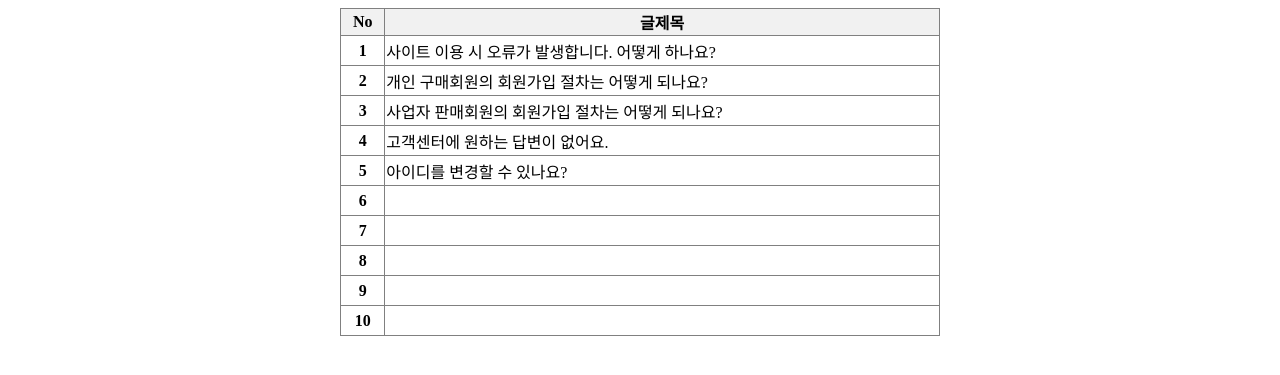
Repository: fellownew/project_workspace
Page: http://localhost/shoppingmall/WEB-INF/view/body/center/center_list.jsp
An editor plug-in stored every save of this project. The page is shown before and after the next save, followed by the edit.
The browser window is 1280 px wide. The pictures show the whole page.
The page is served by Tomcat 9. Nobody is signed in. Other server files are loaded and not shown. The template is opened directly, without the code that normally fills it, so the values that code supplies are empty.

Above is the page before, as saved 2015-06-16 05:55:58.

### shoppingmall/WebContent/WEB-INF/view/body/center/center_list.jsp
<%@ page contentType="text/html;charset=UTF-8"%>
<%@ taglib prefix="c" uri="http://java.sun.com/jsp/jstl/core" %>
<%@ taglib prefix="fn" uri="http://java.sun.com/jsp/jstl/functions" %>
<!DOCTYPE html>
<meta charset="UTF-8">
<style type="text/css">
.explain{
	display: none;

}

.explain pre{
	text-align: left;
	padding-left: 20px;
}

pre {
  word-wrap: break-word;
  white-space: -moz-pre-wrap;
  white-space: pre-wrap;
}

#tbody tr{
	height: 30px;
}

</style>
<script type="text/javascript" src="<%=request.getContextPath()%>/script/jquery.js"></script>
<script type="text/javascript">

$(document).ready(function(){
	$("tbody tr").on("click",function(){

		var count = 0;
		var tr_id = "#"+$(this).attr("id")+"_ex";
		if($(this).attr("value")==1){
				$(tr_id).show();
				$(this).attr({value:2});
		}else{
				$(tr_id).hide();
				$(this).attr({value:1});
		}

	});
	$("#tbody").on("mouseover","tr",function(){
		$("#tbody tr").css("background-color","white");
		$(this).css("background-color","#FFF1F1");
	});




});
</script>

<table style="width: 600px; table-layout:fixed; margin:0 auto;padding-top: 30px;padding-bottom: 30px;border-collapse: collapse;" border="1">
<colgroup>
				<col style="width: 8px;" />
				<col style="width: 100px;" />

</colgroup>
<tr style="background-color: #F1F1F1"><th>No</th><th>글제목</th></tr>
<tbody id="tbody">
	<tr id="1" value="1">
		<th>1</th>
		<td>
			사이트 이용 시 오류가 발생합니다. 어떻게 하나요?
		</td>
	</tr>
	<tr id="1_ex" class="explain">
		<td colspan="2" style="text-align: center;">
	<pre>
	사용 중인 PC의 문제 또는 네트워크연결, 서버 점검 등의 이유로
	일시적인 오류가 발생할 수 있습니다.

	자체적인 해결이 어렵다면 자세한 사유와 해결방안을 알아보실 수 있도록
	따옴몰 고객센터로 문의 주신다면 최선을 다해 상담해드리겠습니다.
	</pre>
		</td>
	</tr>
	<tr id="2" value="1">
	<th>2</th>
		<td>
			개인 구매회원의 회원가입 절차는 어떻게 되나요?
		</td>
	</tr>
	<tr id="2_ex" class="explain">
		<td colspan="2" style="text-align: center;">
	<pre >
	개인 구매회원 :
	1. id 정보 입력
		o id 중복확인
		o 비밀번호 입력/확인

	2. 개인정보 입력 :
		o 이름 입력
		o 주소 입력
		o 핸드폰번호 입력

	3. 인증정보 확인 :
		o 이메일 입력
		o 인증번호 확인
	</pre>
		</td>
	</tr>
	<tr id="3" value="1" >
		<th>3</th>
		<td>
			사업자 판매회원의 회원가입 절차는 어떻게 되나요?
		</td>
	</tr>
	<tr id="3_ex"  class="explain"><td colspan="2" style="text-align: center;">
<pre >
	사업자 판매회원 :
	1. id 정보 입력
		o id 중복확인
		o 비밀번호 입력/확인

	2. 개인정보 입력 :
		o 이름 입력
		o 성별 입력
		o 주소 입력
		o 핸드폰번호 입력

	3. 사업자 등록번호 :
		o 사업자 등록번호 입력

	4. 인증정보 확인 :
		o 이메일 입력
		o 인증번호 확인
	5. 승인 대기 :
		o 관리자 인증 대기
	6. 회원가입 완료 :
		o 회원가입
</pre>
	</td>
	</tr>
	<tr id="4" value="1">
		<th>4</th>
		<td>
			고객센터에 원하는 답변이 없어요.
		</td>
	</tr>
	<tr id="4_ex" class="explain">
		<td colspan="2" style="text-align: center;">
	<pre>
		관리자와의 1:1 문의는 쪽지를 이용하여 문의할 수 있습니다.
		'admin'으로 쪽지 문의해주세요.
	</pre>
		</td>
	</tr>
	<tr id="5" value="1" >
		<th>5</th>
		<td>
			아이디를 변경할 수 있나요?
		</td>
	<tr id="5_ex" class="explain">
		<td colspan="2" style="text-align: center;">
	<pre>
		네이버에서는 보안 및 시스템상의 이유로,
		이미 등록하신 개인 및 단체 아이디는 변경하실 수 없습니다.

		번거로우시더라도 새로운 아이디로 다시 가입해 주세요.
	</pre>
		</td>
	</tr>
	<tr id="6" value="1">
	<th>6</th>
	<td>
	<!-- 제목입력 -->
	</td>
	</tr>
	<tr id="6_ex" class="explain">
	<td colspan="2" style="text-align: center;">
	<pre>
	<!-- 내용 입력 -->
	</pre>
	</td>
	</tr>
	<tr id="7" value="1">
	<th>7</th>
	<td>
	<!-- 제목입력 -->
	</td>
	</tr>
	<tr id="7_ex" class="explain">
	<td colspan="2" style="text-align: center;">
	<pre>
	<!-- 내용 입력 -->
	</pre>
	</td>
	</tr>
	<tr id="8" value="1">
	<th>8</th>
	<td><!-- 제목입력 -->
	</td>
	</tr>
	<tr id="8_ex" class="explain">
	<td colspan="2" style="text-align: center;">
	<pre>
	<!-- 내용 입력 -->
	</pre>
	</td>
	</tr>
	<tr id="9" value="1"><th>9</th><td><!-- 제목입력 --></td></tr>
	<tr id="9_ex" class="explain"><td colspan="2" style="text-align: center;"><pre>
	<!-- 내용 입력 -->
	</pre></td>
	</tr>
	<tr id="10" value="1"><th>10</th><td><!-- 제목입력 --></td></tr>
	<tr id="10_ex" class="explain"><td colspan="2" style="text-align: center;"><pre>
	<!-- 내용 입력 -->
	</pre></td>
	</tr>
</tbody>
</table>

Loaded but not shown: shoppingmall/WebContent/script/jquery.js (library)

After the next save:
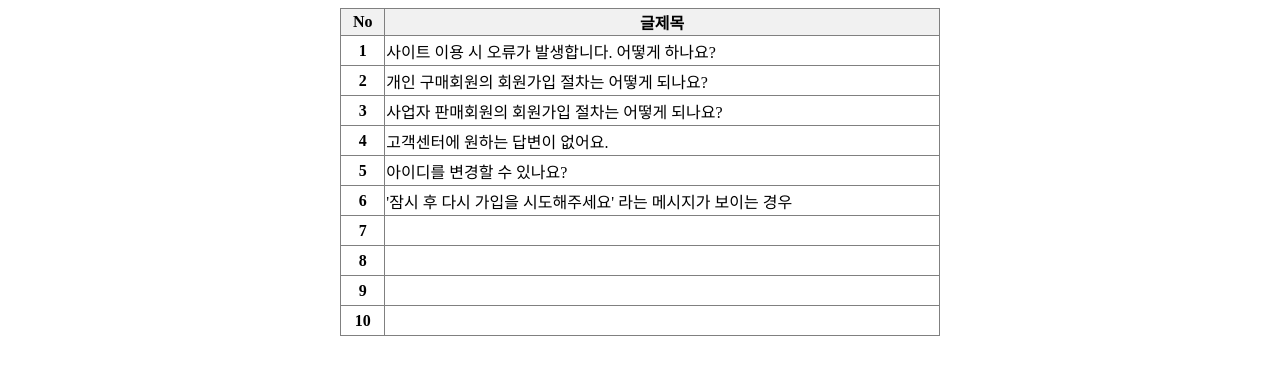
Saved 2 min 57 s later.
--- a/shoppingmall/WebContent/WEB-INF/view/body/center/center_list.jsp
+++ b/shoppingmall/WebContent/WEB-INF/view/body/center/center_list.jsp
@@ -167,7 +167,7 @@ $(document).ready(function(){
 	<tr id="6" value="1">
 	<th>6</th>
 	<td>
-	<!-- 제목입력 -->
+	'잠시 후 다시 가입을 시도해주세요' 라는 메시지가 보이는 경우
 	</td>
 	</tr>
 	<tr id="6_ex" class="explain">
